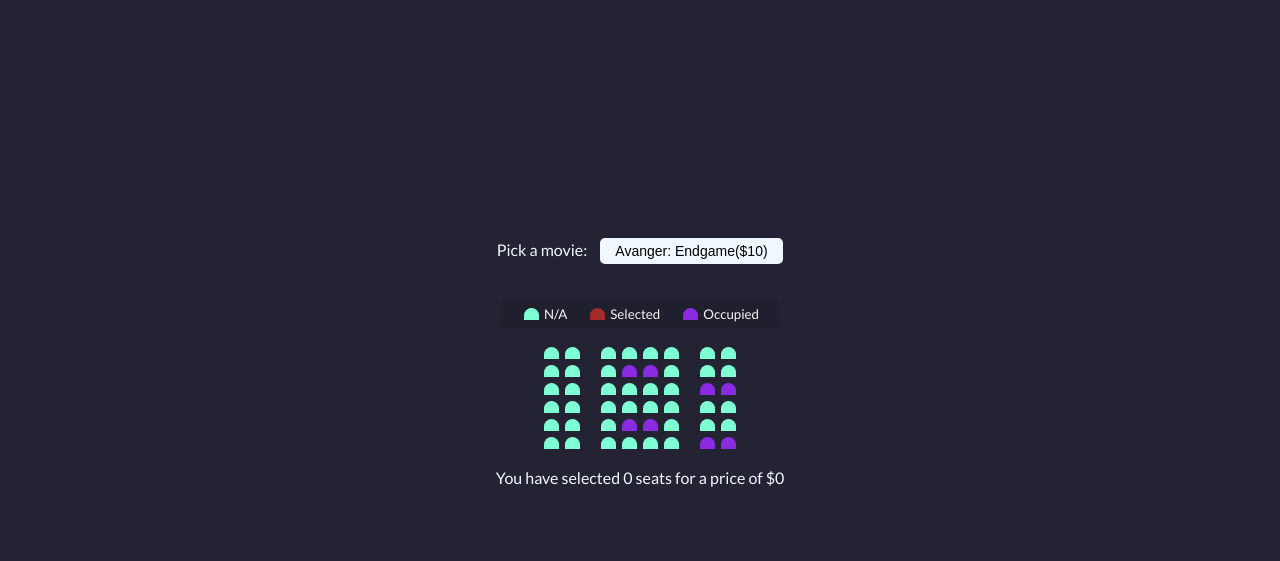
Repository: atko87/Movie-seat-Booking
Page: index.html
The author's editor kept a copy of each file at every save. The page is drawn from the files as they stood at one save, then again after the next save.
The browser window is 1280 px wide. The pictures show the whole page.

Above is the page before, as saved 2020-03-08 14:07:12.

### index.html
<!DOCTYPE html>
<html lang="en">
  <head>
    <meta charset="UTF-8" />
    <meta name="viewport" content="width=device-width, initial-scale=1.0" />
    <link rel="stylesheet" href="style.css" />
    <title>Movie Seat Booking</title>
  </head>
  <body>
    <div class="movie-container">
      <label>Pick a movie:</label>
      <select id="movie">
        <option value="10">Avanger: Endgame($10)</option>
        <option value="12">Joker ($12)</option>
        <option value="8">Neretva($15)</option>
        <option value="9">Delfina ($20)</option>
      </select>
    </div>

    <ul class="showcase">
      <li>
        <div class="seat"></div>
        <small>N/A</small>
      </li>
      <li>
        <div class="seat selected"></div>
        <small>Selected</small>
      </li>
      <li>
        <div class="seat occupied"></div>
        <small>Occupied</small>
      </li>
    </ul>

    <div class="container">
      <div class="screen"></div>
      <div class="row">
        <div class="seat"></div>
        <div class="seat"></div>
        <div class="seat"></div>
        <div class="seat"></div>
        <div class="seat"></div>
        <div class="seat"></div>
        <div class="seat"></div>
        <div class="seat"></div>
      </div>
      <div class="row">
        <div class="seat"></div>
        <div class="seat"></div>
        <div class="seat"></div>
        <div class="seat occupied"></div>
        <div class="seat occupied"></div>
        <div class="seat"></div>
        <div class="seat"></div>
        <div class="seat"></div>
      </div>
      <div class="row">
        <div class="seat"></div>
        <div class="seat"></div>
        <div class="seat"></div>
        <div class="seat"></div>
        <div class="seat"></div>
        <div class="seat"></div>
        <div class="seat occupied"></div>
        <div class="seat occupied"></div>
      </div>
      <div class="row">
        <div class="seat"></div>
        <div class="seat"></div>
        <div class="seat"></div>
        <div class="seat"></div>
        <div class="seat"></div>
        <div class="seat"></div>
        <div class="seat"></div>
        <div class="seat"></div>
      </div>
      <div class="row">
        <div class="seat"></div>
        <div class="seat"></div>
        <div class="seat"></div>
        <div class="seat occupied"></div>
        <div class="seat occupied"></div>
        <div class="seat"></div>
        <div class="seat"></div>
        <div class="seat"></div>
      </div>
      <div class="row">
        <div class="seat"></div>
        <div class="seat"></div>
        <div class="seat"></div>
        <div class="seat"></div>
        <div class="seat"></div>
        <div class="seat"></div>
        <div class="seat occupied"></div>
        <div class="seat occupied"></div>
      </div>
    </div>
    <p class="text">
      You have selected <span id="count">0 </span>seats for a price of $<span
        id="total"
        >0</span
      >
    </p>
    <script src="script.js"></script>
  </body>
</html>

### style.css
@import url("https://fonts.googleapis.com/css?family=Lato&display=swap");

* {
  box-sizing: border-box;
}

body {
  background-color: #242333;
  color: aliceblue;
  display: flex;
  flex-direction: column;
  align-items: center;
  justify-content: center;
  height: 100vh;
  font-family: "Lato", sans-serif;
  margin: 0;
}

.movie-container {
  margin: 20px 0;
}

.movie-container select {
  background-color: aliceblue;
  border: 0;
  border-radius: 5px;
  font-size: 14px;
  margin-left: 10px;
  padding: 5px 15px 5px 15px;
  -moz-appearance: none;
  -webkit-appearance: none;
  appearance: none;
}
.seat {
  background-color: aquamarine;
  height: 12px;
  width: 15px;
  margin: 3px;
  border-top-left-radius: 10px;
  border-top-right-radius: 10px;
}
.seat.selected {
  background-color: brown;
}
.seat.occupied {
  background-color: blueviolet;
}
.seat:nth-of-type(2) {
  margin-right: 18px;
}
.seat:nth-last-of-type(2) {
  margin-left: 18px;
}
.seat:not(.occupied):hover {
  cursor: pointer;
  transform: scale(1.2);
}
.showcase.seat:not(.occupied):hover {
  cursor: default;
  transform: scale(1);
}
.showcase {
  background-color: rgba(0, 0, 0, 0.1);
  padding: 5px 10px;
  border-radius: 5px;
  color: whitesmoke;
  list-style-type: none;
  display: flex;
  justify-content: space-between;
}

.showcase li {
  display: flex;
  align-items: center;
  justify-content: center;
  margin: 0 10px;
}
.showcase li small {
  margin-left: 2px;
}
.row {
  display: flex;
}

Loaded but not shown: script.js (no copy from this time; the picture is the same without it)

After the next save:
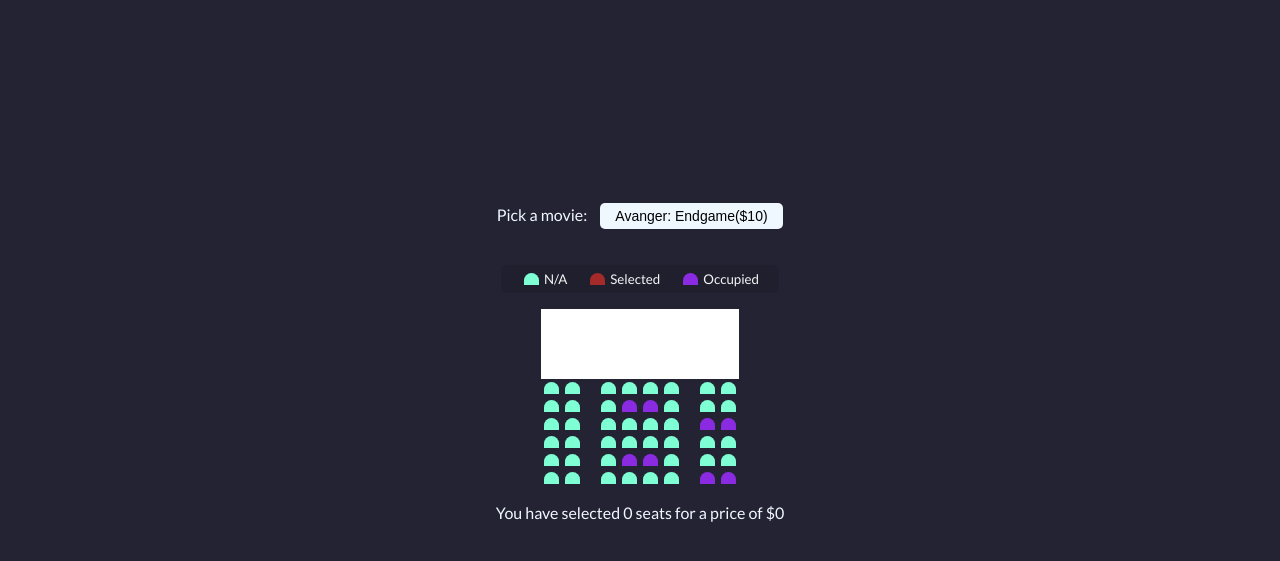
Saved 56 s later.
--- a/style.css
+++ b/style.css
@@ -81,3 +81,9 @@
 .row {
   display: flex;
 }
+
+.screen {
+  background-color: white;
+  height: 70px;
+  width: 100%;
+}
